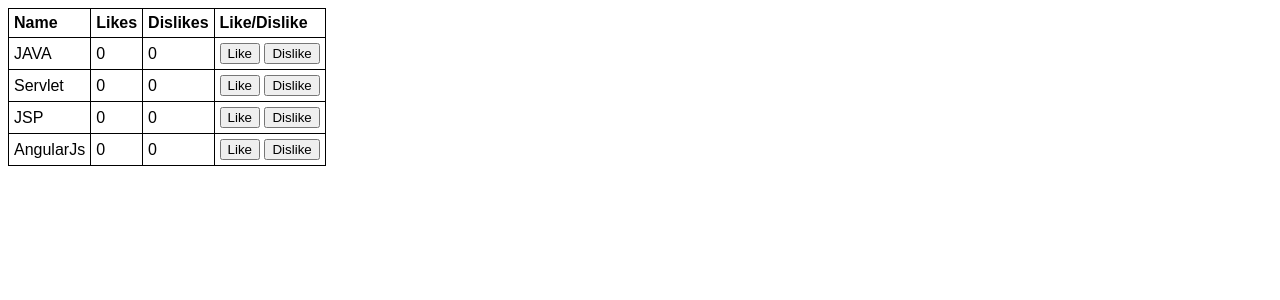
Repository: ammoreloaded/WebProjectFirst
Page: homework/WebProjectFirst/web/filterDemo.html
These files come from the project's save history. The page is drawn as it stood at one moment and after the next save; the edit follows.
The browser window is 1280 px wide. The pictures show the whole page.

Above is the page before, as saved 2016-05-19 14:58:38.

After the next save:
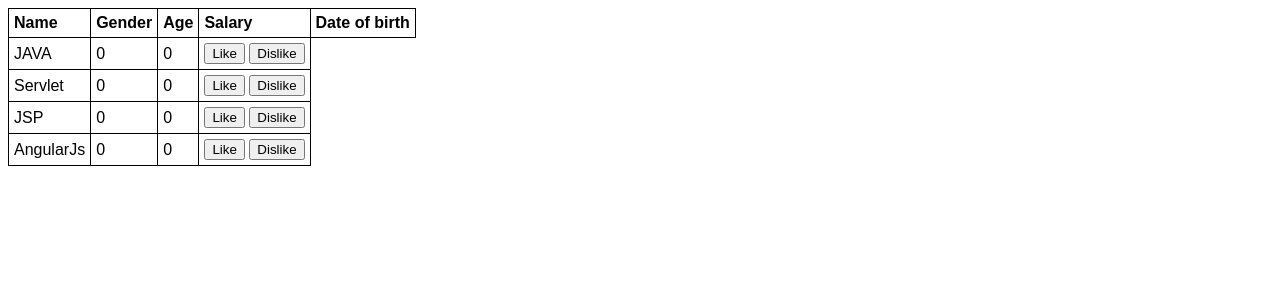
Saved 53 s later.
--- a/homework/WebProjectFirst/web/filterDemo.html
+++ b/homework/WebProjectFirst/web/filterDemo.html
@@ -11,9 +11,10 @@
 			<thead>
 				<tr>
 					<th>Name</th>
-					<th>Likes</th>
-					<th>Dislikes</th>
-					<th>Like/Dislike</th>
+					<th>Gender</th>
+					<th>Age</th>
+					<th>Salary</th>
+					<th>Date of birth</th>
 				</tr>
 			</thead>
 			<tbody>
